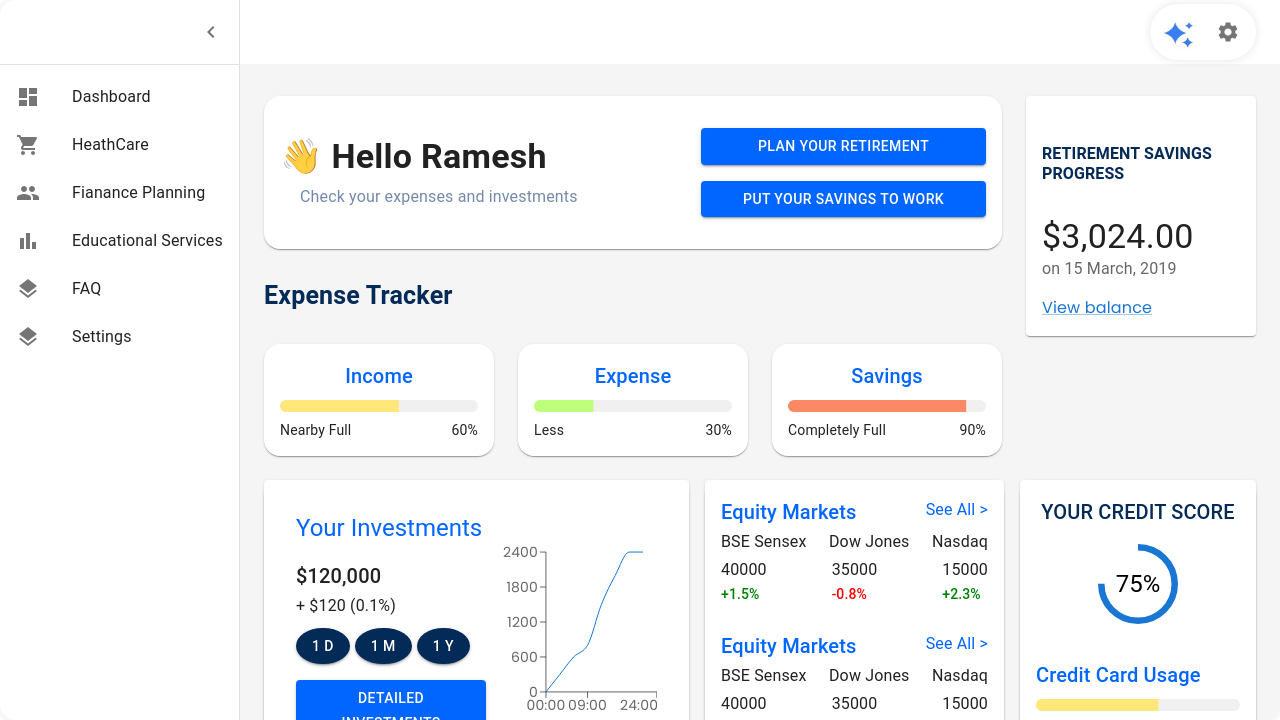
Repository: shubhampirate/TIAA_Retirement_hackathon
Page: /
An editor plug-in stored every save of this project. The page is shown before and after the next save, followed by the edit.
The browser window is 1280 px wide. The pictures show the whole page.
An inner scrolling area shows only its first screen. The project was rebuilt for these pictures with package versions that can differ from the ones it lists, and the page was loaded fresh each time. Also part of the build but not shown: src/Components/CustomButton.jsx, src/Components/Navbar.jsx, src/Components/Properties.jsx, src/Components/Footer.jsx, src/Components/Hero.jsx, src/pages/Sign_In.jsx.

Above is the page before, as saved 2023-11-15 15:04:21.

After the next save:
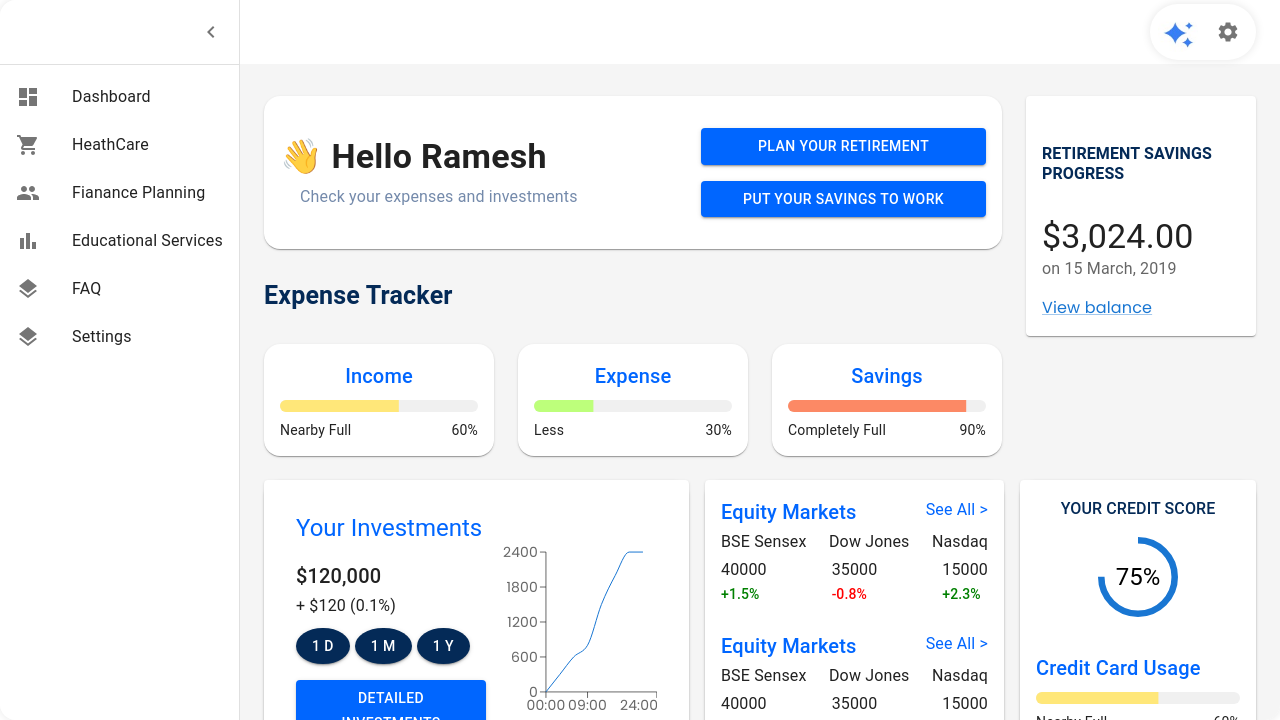
Saved 69 s later.
--- a/src/Components/YourComponent.jsx
+++ b/src/Components/YourComponent.jsx
@@ -183,7 +183,7 @@ const ProgressBarBox = ({ title, value }) => {
   // Component for the third box
   const CreditScoreBox = () => (
     <Paper sx={{ p: 2, display: 'flex', flexDirection: 'column', alignItems: 'center', position: 'relative' }}>
-      <Typography variant="h6" sx={{mb:{xs:0, md:2}, color: "#042A57"}}>YOUR CREDIT SCORE</Typography>
+      <Typography variant="h6" sx={{mb:{xs:0, md:2}, color: "#042A57", fontSize: "16px"}}>YOUR CREDIT SCORE</Typography>
       {/* <br /> */}
       {/* Circular Progress Bar */}
       <div style={{ position: 'relative', width: '80px', height: '80px', marginBottom:"35px" }}>
